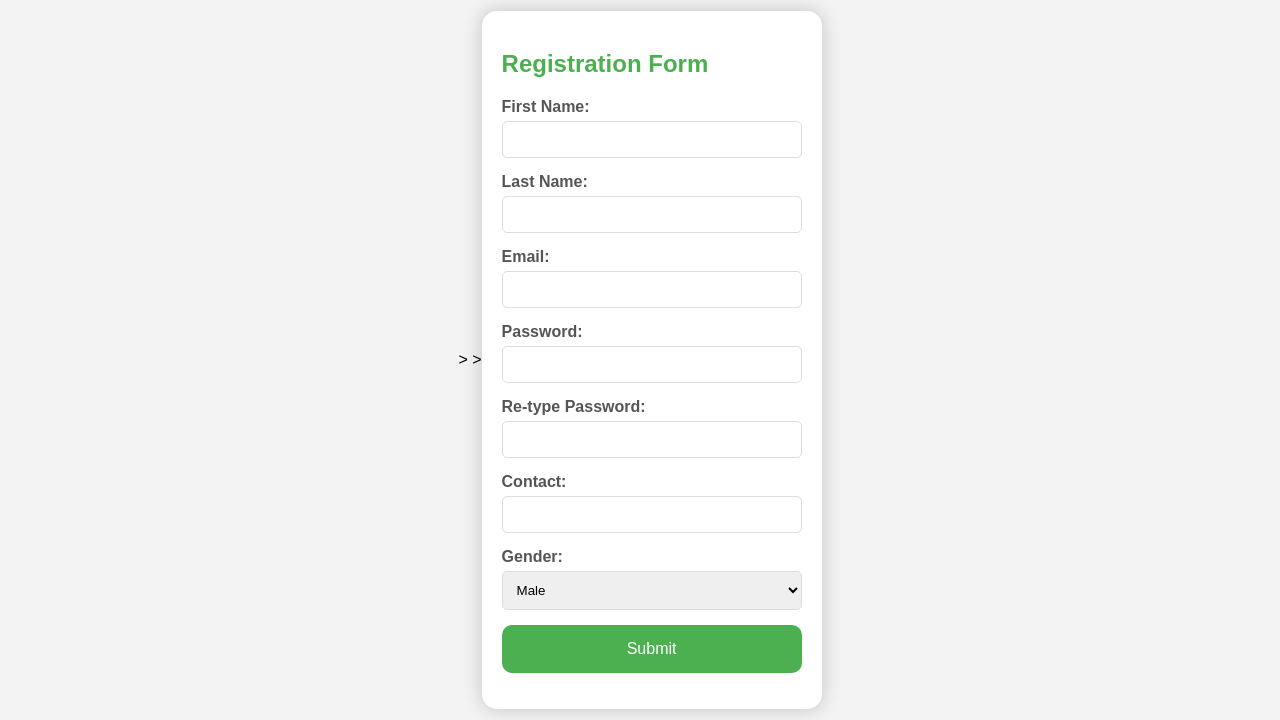
Repository: TuanThanhIT/LapTrinhWeb_BaiTapTuan5
Page: http://localhost/HelloWorld/views/register.jsp
An editor plug-in stored every save of this project. The page is shown before and after the next save, followed by the edit.
The browser window is 1280 px wide. The pictures show the whole page.
The page is served by Tomcat 10. Other server files are loaded and not shown.

Above is the page before, as saved 2024-09-17 15:05:09.

### HelloWorld/src/main/webapp/views/register.jsp
<%@ page language="java" contentType="text/html; charset=UTF-8"
	pageEncoding="UTF-8"%>
<%@taglib prefix="c" uri="jakarta.tags.core"%>
<%@taglib prefix="fmt" uri ="jakarta.tags.fmt" %>>
<%@taglib prefix="fun" uri ="jakarta.tags.functions" %>>

<!DOCTYPE html>
<html lang="en">

<head>
    <meta charset="UTF-8" />
    <meta name="viewport" content="width=device-width, initial-scale=1.0" />
    <title>Registration Form</title>
    <style>
        body {
            font-family: Arial, sans-serif;
            background-color: #f3f3f3;
            margin: 0;
            padding: 0;
            display: flex;
            justify-content: center;
            align-items: center;
            height: 100vh;
        }

        .main {
            background-color: #fff;
            border-radius: 15px;
            box-shadow: 0 0 20px rgba(0, 0, 0, 0.2);
            padding: 20px;
            width: 300px;
        }

        .main h2 {
            color: #4caf50;
            margin-bottom: 20px;
        }

        label {
            display: block;
            margin-bottom: 5px;
            color: #555;
            font-weight: bold;
        }

        input[type="text"],
        input[type="email"],
        input[type="password"],
        select {
            width: 100%;
            margin-bottom: 15px;
            padding: 10px;
            box-sizing: border-box;
            border: 1px solid #ddd;
            border-radius: 5px;
        }

        button[type="submit"] {
            padding: 15px;
            border-radius: 10px;
            border: none;
            background-color: #4caf50;
            color: white;
            cursor: pointer;
            width: 100%;
            font-size: 16px;
        }
    </style>
</head>

<body>
    <div class="main">
        <h2>Registration Form</h2>
        <form action="">
            <label for="first">First Name:</label>
            <input type="text" id="first" name="first" required />

            <label for="last">Last Name:</label>
            <input type="text" id="last" name="last" required />

            <label for="email">Email:</label>
            <input type="email" id="email" name="email" required />

            <label for="password">Password:</label>
            <input type="password" id="password" name="password"
                   pattern="^(?=.*\d)(?=.*[a-zA-Z])(?=.*[^a-zA-Z0-9])\S{8,}$"
                   title="Password must contain at least one number,
                           one alphabet, one symbol, and be at
                           least 8 characters long" required />

            <label for="repassword">Re-type Password:</label>
            <input type="password" id="repassword" name="repassword" required />

            <label for="mobile">Contact:</label>
            <input type="text" id="mobile" name="mobile" maxlength="10" required />

            <label for="gender">Gender:</label>
            <select id="gender" name="gender" required>
                <option value="male">
                    Male
                </option>
                <option value="female">
                    Female
                </option>
                <option value="other">
                    Other
                </option>
            </select>

            <button type="submit">
                Submit
            </button>
        </form>
    </div>
</body>

</html>

After the next save:
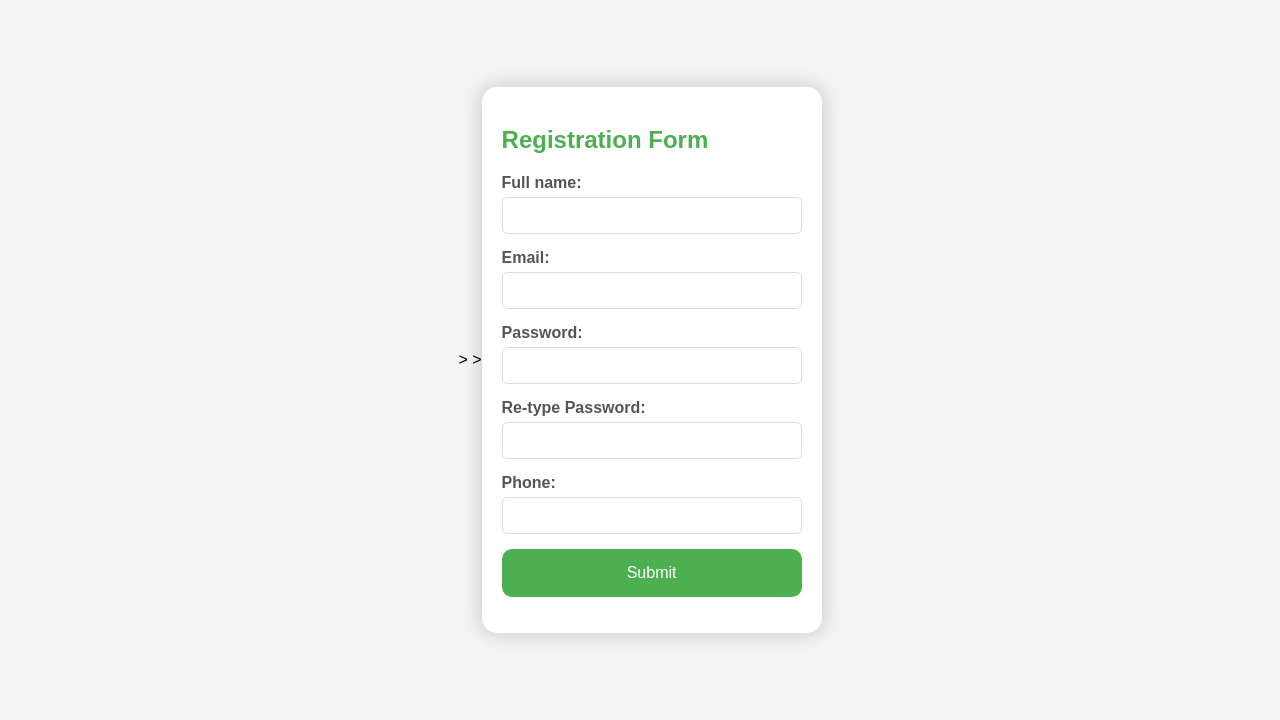
Saved 2 min 13 s later.
--- a/HelloWorld/src/main/webapp/views/register.jsp
+++ b/HelloWorld/src/main/webapp/views/register.jsp
@@ -72,11 +72,8 @@
     <div class="main">
         <h2>Registration Form</h2>
         <form action="">
-            <label for="first">First Name:</label>
-            <input type="text" id="first" name="first" required />
-
-            <label for="last">Last Name:</label>
-            <input type="text" id="last" name="last" required />
+            <label for="fullname">Full name:</label>
+            <input type="text" id="fullname" name="fullname" required />
 
             <label for="email">Email:</label>
             <input type="email" id="email" name="email" required />
@@ -91,21 +88,10 @@
             <label for="repassword">Re-type Password:</label>
             <input type="password" id="repassword" name="repassword" required />
 
-            <label for="mobile">Contact:</label>
-            <input type="text" id="mobile" name="mobile" maxlength="10" required />
+            <label for="mobile">Phone:</label>
+            <input type="text" id="phone" name="phone" maxlength="10" required />
 
-            <label for="gender">Gender:</label>
-            <select id="gender" name="gender" required>
-                <option value="male">
-                    Male
-                </option>
-                <option value="female">
-                    Female
-                </option>
-                <option value="other">
-                    Other
-                </option>
-            </select>
+
 
             <button type="submit">
                 Submit
